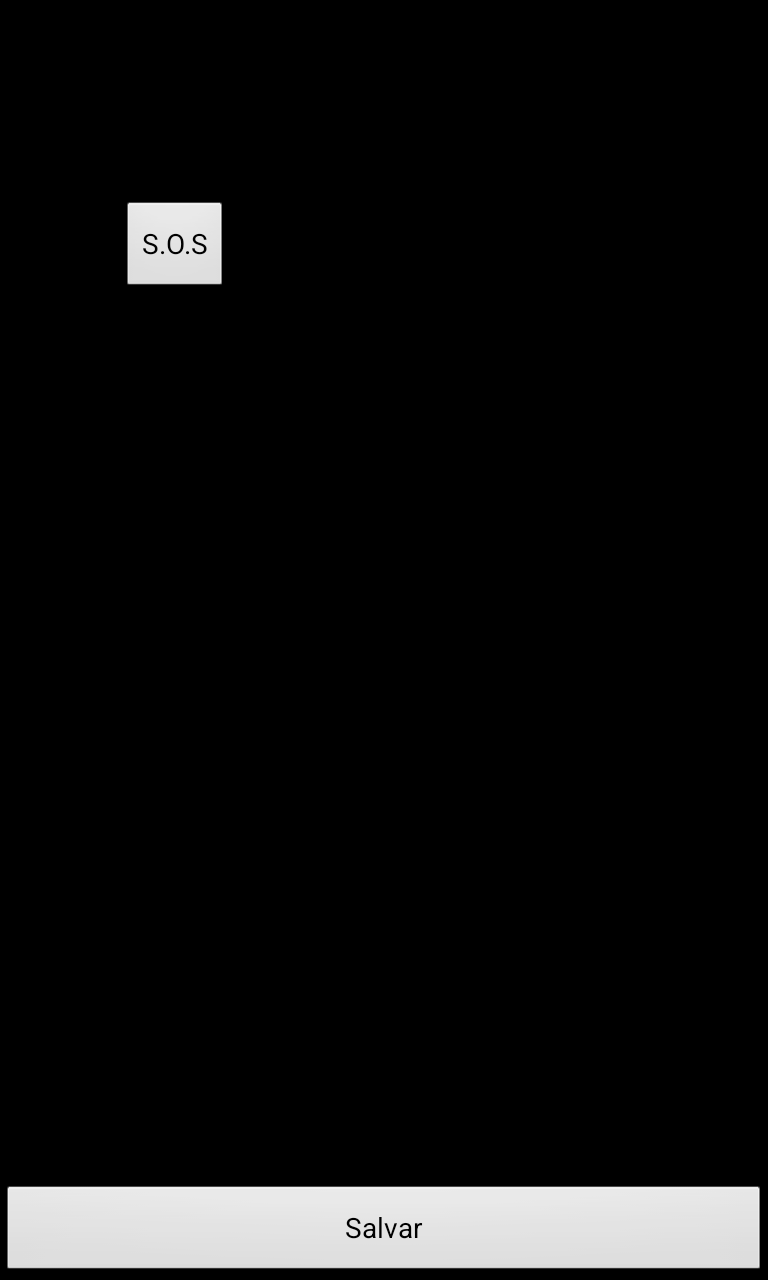
Repository: wfortini/appSOS
Layout: appMobileClient/res/layout/activity_main.xml
The author's editor kept a copy of each file at every save. The layout is drawn from the files as they stood at one save, then again after the next save.
It is drawn on a 768 x 1280 px phone screen (xhdpi) without system bars, with theme AppTheme; the app's code is not run.

Above is the layout before, as saved 2013-03-03 03:37:25.

### appMobileClient/res/layout/activity_main.xml
<TableLayout xmlns:android="http://schemas.android.com/apk/res/android"
    xmlns:tools="http://schemas.android.com/tools"
    android:layout_width="match_parent"
    android:layout_height="match_parent"
    tools:context=".MainActivity" >

    <TableRow >
        <Button
        android:id="@+id/button1"
        android:layout_width="wrap_content"
        android:layout_height="wrap_content"
        android:layout_marginLeft="60dp"
        android:layout_marginTop="100dp"
        android:text="@string/button_sos" />

    </TableRow>

    <TableRow >



    </TableRow>
		<RelativeLayout
		    android:layout_width="wrap_content"
		    android:layout_height="fill_parent"
		    android:gravity="bottom">

		    <Button android:id="@+id/salvar"
        			android:layout_width="fill_parent"
        			android:layout_height="wrap_content"
        			android:text="Salvar"/>



		</RelativeLayout>
</TableLayout>

### appMobileClient/res/values/styles.xml
<resources>

    <!--
        Base application theme, dependent on API level. This theme is replaced
        by AppBaseTheme from res/values-vXX/styles.xml on newer devices.
    -->
    <style name="AppBaseTheme" parent="android:Theme.Black">
        <!--
            Theme customizations available in newer API levels can go in
            res/values-vXX/styles.xml, while customizations related to
            backward-compatibility can go here.
        -->
    </style>

    <!-- Application theme. -->
    <style name="AppTheme" parent="AppBaseTheme">
        <!-- All customizations that are NOT specific to a particular API-level can go here. -->
    </style>

</resources>

### appMobileClient/res/values/strings.xml
<?xml version="1.0" encoding="utf-8"?>
<resources>

    <string name="app_name">SOS24Horas</string>
    <string name="hello_world">Hello world!</string>
    <string name="menu_settings">Settings</string>
    <string name="button_sos">S.O.S</string>
    <string name="btn_sua_local">Sua Localização</string>

</resources>

After the next save:
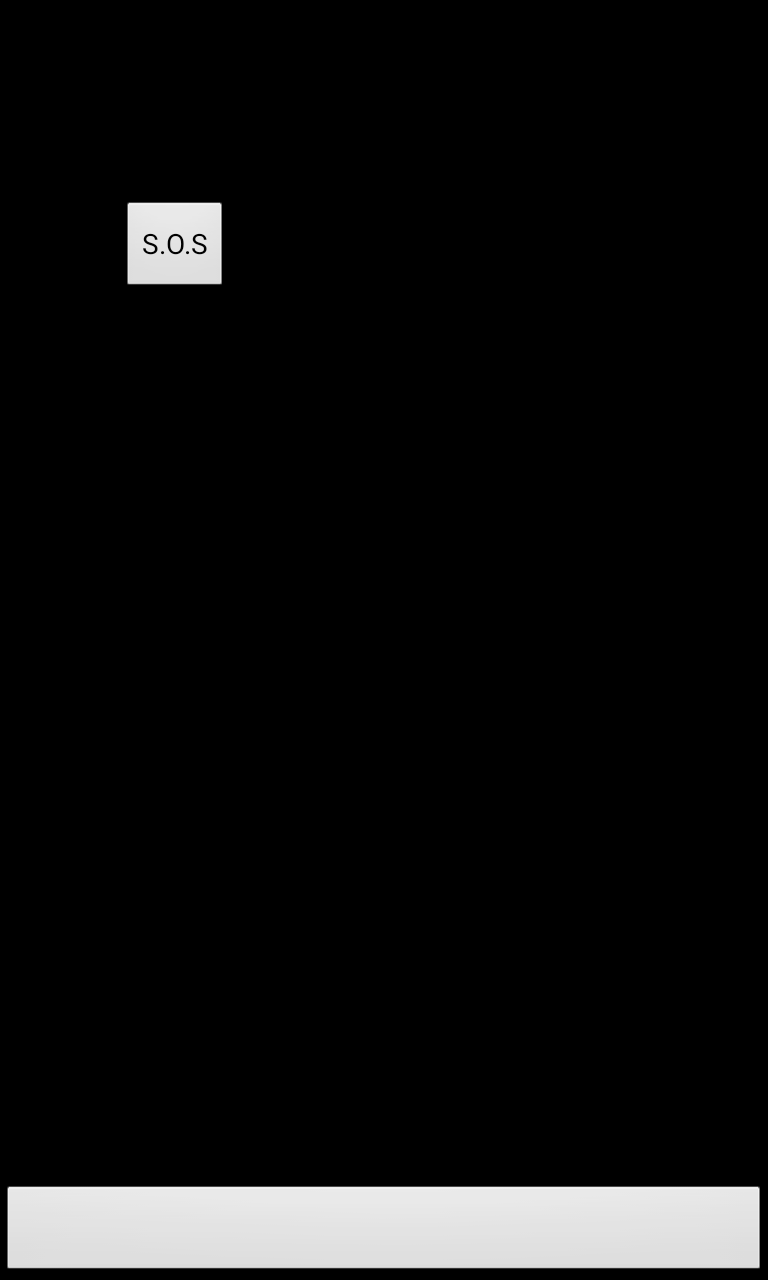
Saved 4 min 21 s later.
--- a/appMobileClient/res/layout/activity_main.xml
+++ b/appMobileClient/res/layout/activity_main.xml
@@ -25,7 +25,7 @@
 		    android:layout_height="fill_parent"
 		    android:gravity="bottom">
 
-		    <Button android:id="@+id/salvar"
+		    <ImageButton android:id="@+id/salvar"
         			android:layout_width="fill_parent"
         			android:layout_height="wrap_content"
         			android:text="Salvar"/>
